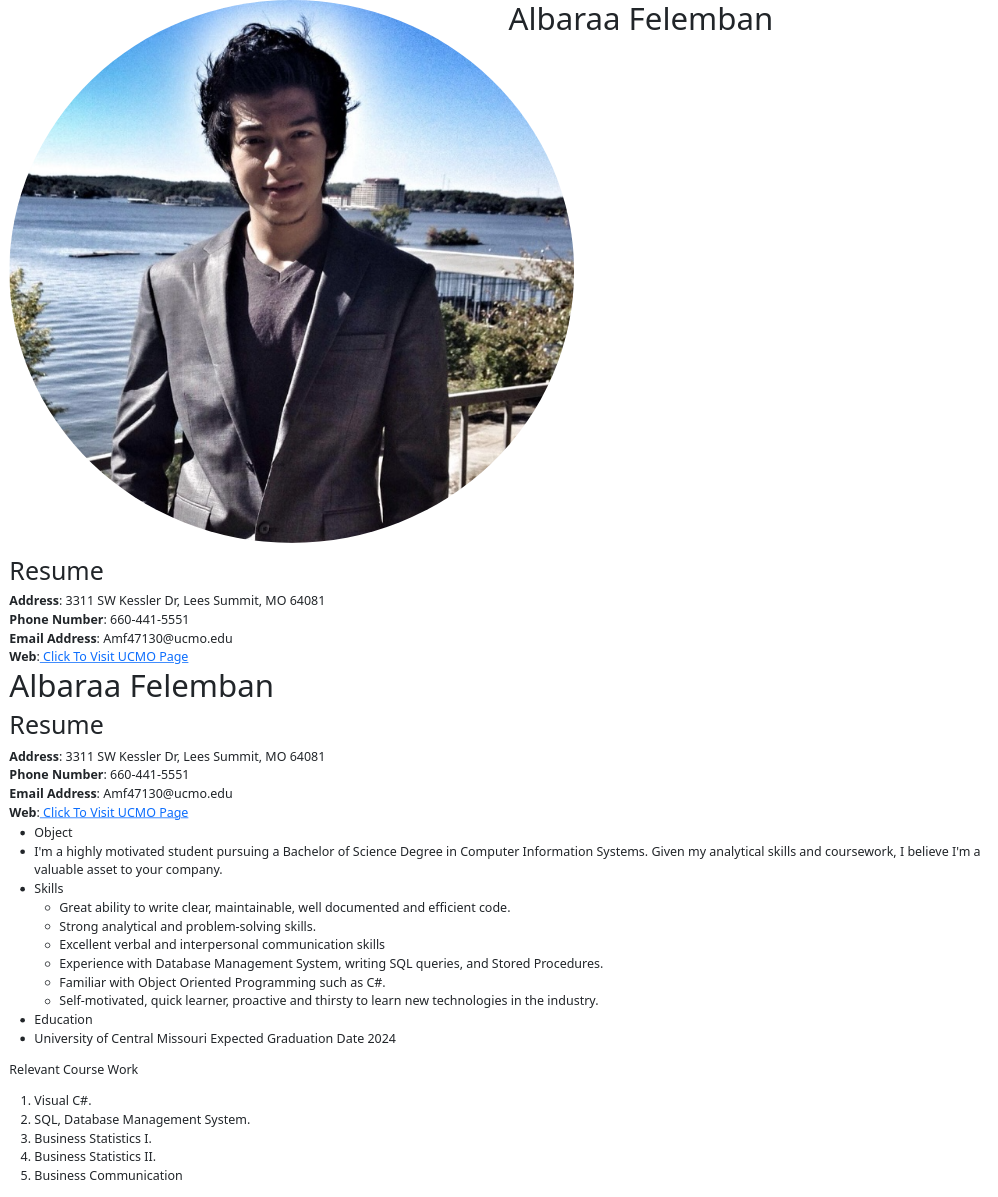
Repository: MrFelemban/RealEstate_Web-cis2625
Page: Lesson 8/index.html
The author's editor kept a record of every edit. The page is drawn from the files as they stood at one moment, then again after the next edit.
The browser window is 1280 px wide. The pictures show the whole page, at 78% of full size.

Above is the page before.

After the next edit:
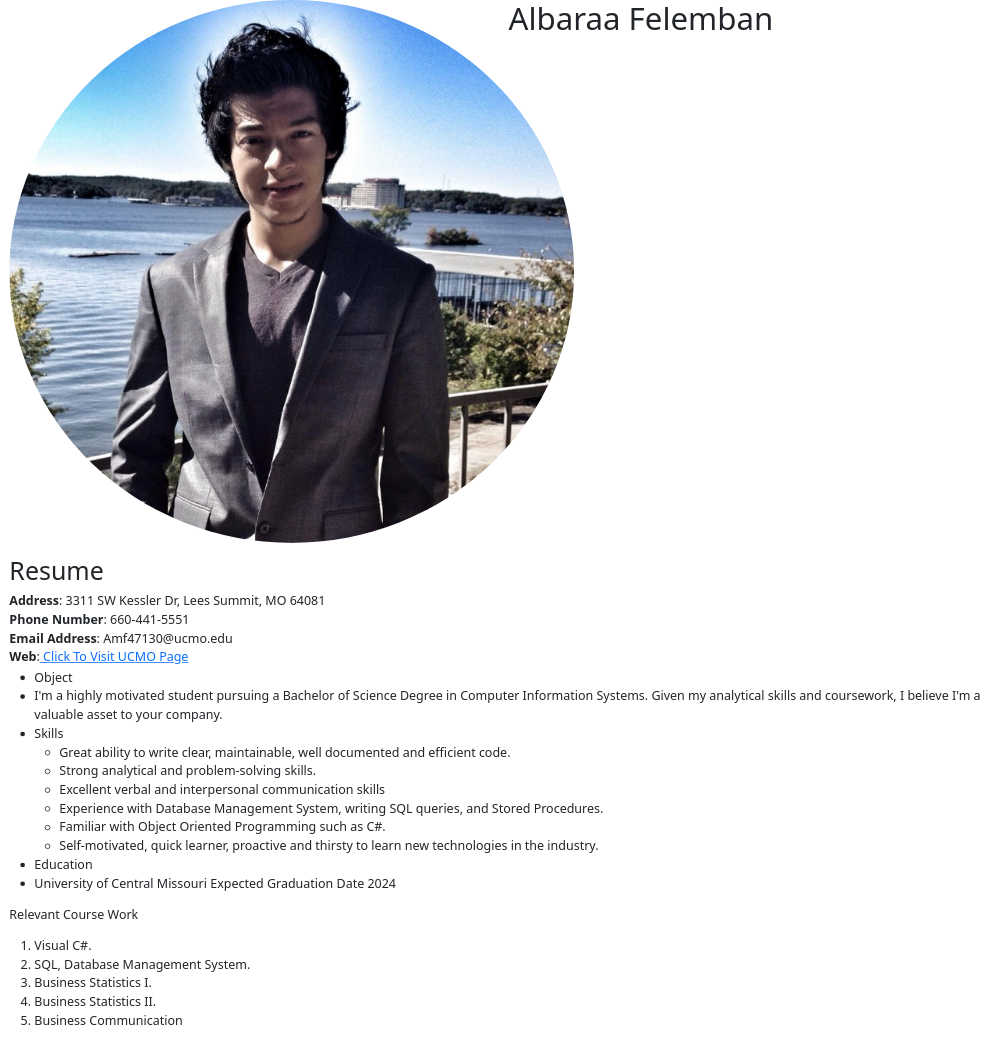
The edit:
--- a/Lesson 8/index.html
+++ b/Lesson 8/index.html
@@ -32,15 +32,7 @@
 			<td>
 			</td>
 			<div class="Div_Name">
-				<h1> Albaraa Felemban</h1>
-			</div>
-			<h2>Resume</h2>
-			<div class="myDiv">
-				<b>Address</b>: 3311 SW Kessler Dr, Lees Summit, MO 64081</br>
-				<b>Phone Number</b>: 660-441-5551</br>
-				<b>Email Address</b>: Amf47130@ucmo.edu</br>
-				<b>Web</b>:<a href=" http://www.ucmo.edu"> Click To Visit UCMO Page </a>
-				</td>
+
 		</tr>
 		</div>
 	</table>
